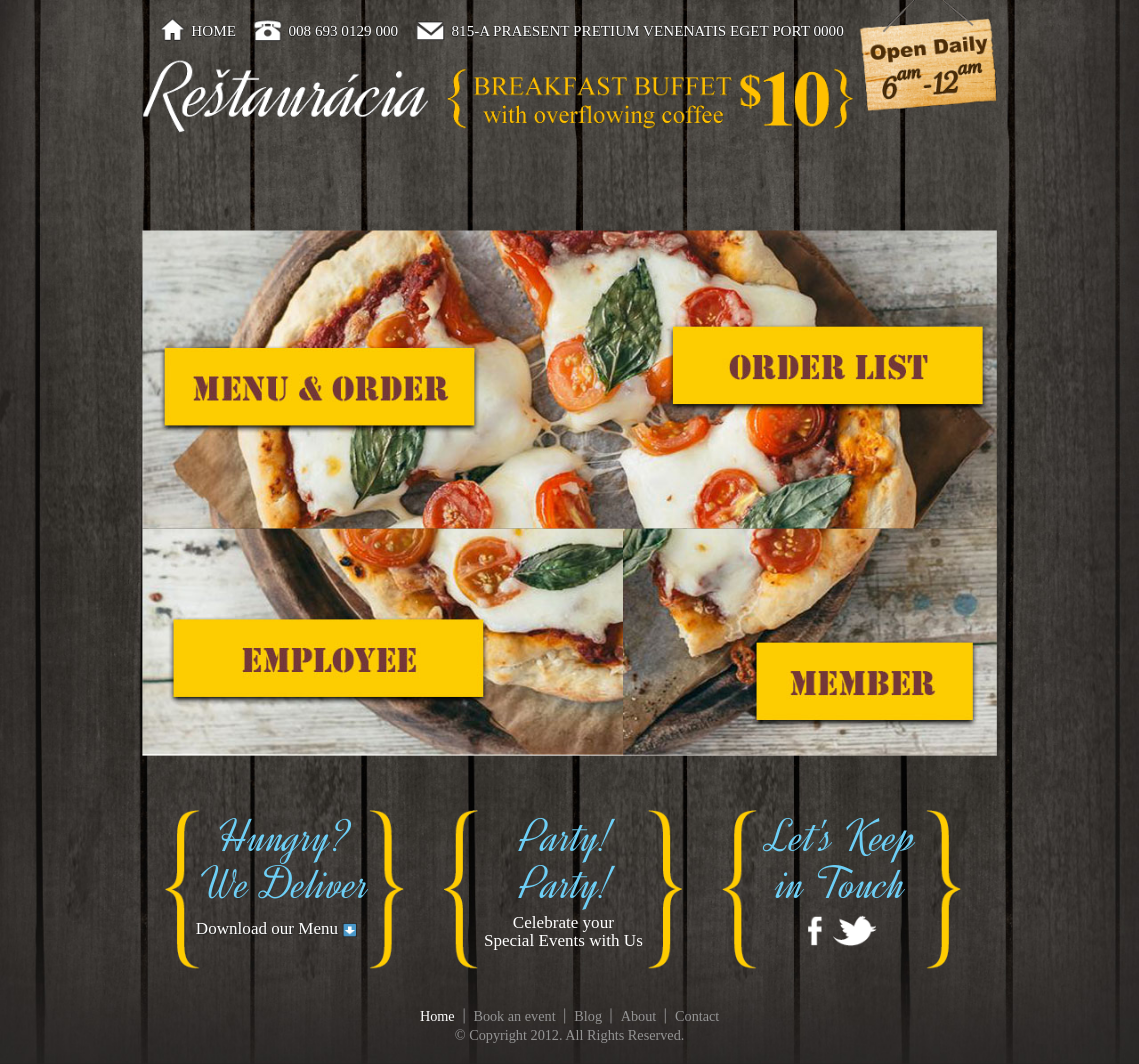
Repository: WarapornPum/OoadProject
Page: http://localhost/PizzaOrderSystem/Home.jsp
The author's editor kept a copy of each file at every save. The page is drawn from the files as they stood at one save, then again after the next save.
The browser window is 1280 px wide. The pictures show the whole page, at 89% of full size.
The page is served by Tomcat 9.

Above is the page before, as saved 2019-02-16 11:13:20.

After the next save:
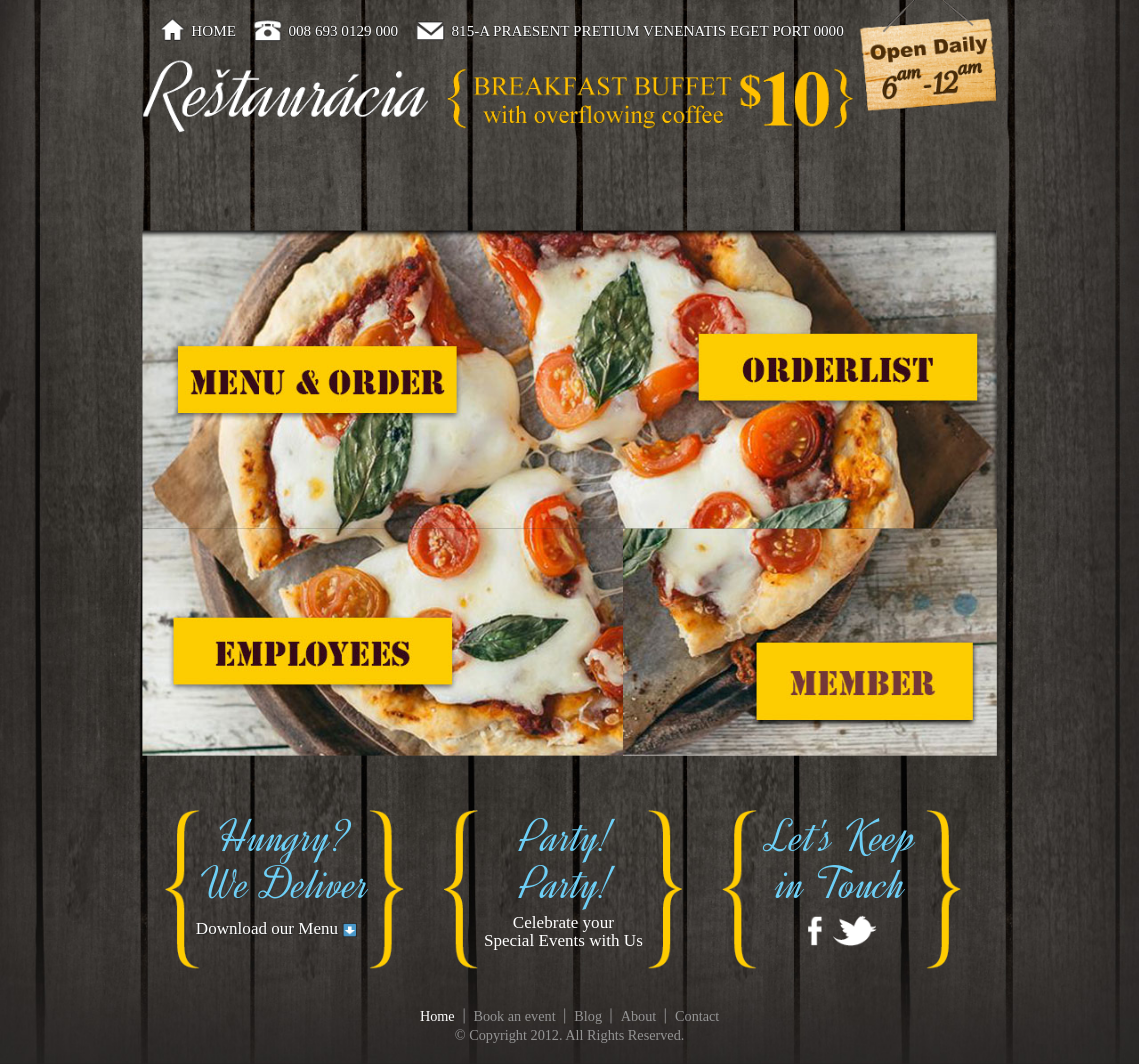
Saved 26 min 56 s later.
--- a/PizzaOrderSystem/WebContent/css/style.css
+++ b/PizzaOrderSystem/WebContent/css/style.css
@@ -157,7 +157,7 @@ body {
 	display: block;
 }
 #featured li.main a {
-	background: url(../images/menu_order.jpg) no-repeat 0 0;
+	background: url(../images/menu1.jpg) no-repeat 0 0;
 	height: 335px;
 	width: 540px;
 }
@@ -166,7 +166,7 @@ body {
 }
 
 #featured li.drinks a {
-	background: url(../images/menu_orderlist.jpg) no-repeat 0 0;
+	background: url(../images/menu2.jpg) no-repeat 0 0;
 	height: 335px;
 	width: 420px;
 }
@@ -175,12 +175,12 @@ body {
 }
 
 #featured li.entree a {
-	background: url(../images/employee_1.jpg) no-repeat 0 0;
+	background: url(../images/menu3.jpg) no-repeat 0 0;
 	height: 255px;
 	width: 540px;
 }
 #featured li.entree a:hover {
-	background: url(../images/employee_2_hover.jpg) no-repeat 0 0;
+	background: url(../images/menu4.jpg) no-repeat 0 0;
 }
 
 #featured li.desserts a {
